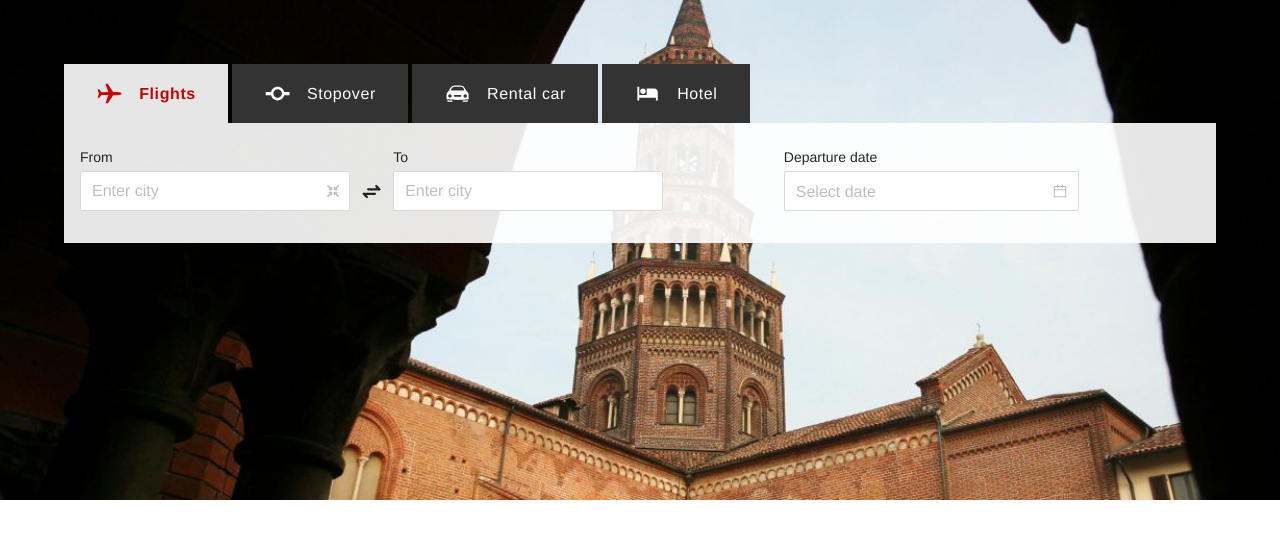
Repository: guidogr95/Everymundo-Excercise
Page: /
The author's editor kept a copy of each file at every save. The page is drawn from the files as they stood at one save, then again after the next save.
The browser window is 1280 px wide. The pictures show the whole page.
The project was rebuilt for these pictures with package versions that can differ from the ones it lists, and the page was loaded fresh each time. Also part of the build but not shown: src/components/CustomSpin/customspin.scss.

Above is the page before, as saved 2021-07-01 19:51:32.

After the next save:
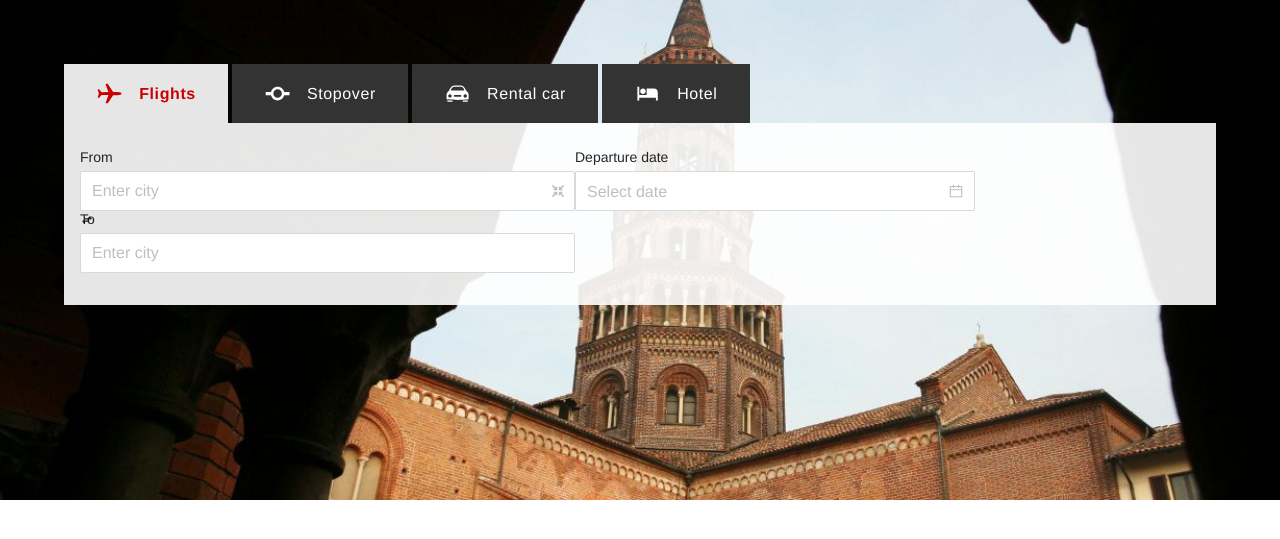
Saved 2 s later.
--- a/src/components/BookingMask/FlightsTab/flightstab.scss
+++ b/src/components/BookingMask/FlightsTab/flightstab.scss
@@ -2,13 +2,4 @@
 .bookingmask__flight {
   display: grid;
   grid-template-columns: repeat(3, auto);
-  &--geo {
-    display: flex;
-    .separator {
-      display: flex;
-      align-items: center;
-      font-size: $font-size-large;
-      padding: 0 .5rem;
-    }
-  }
 }

After the 3 saves that followed:
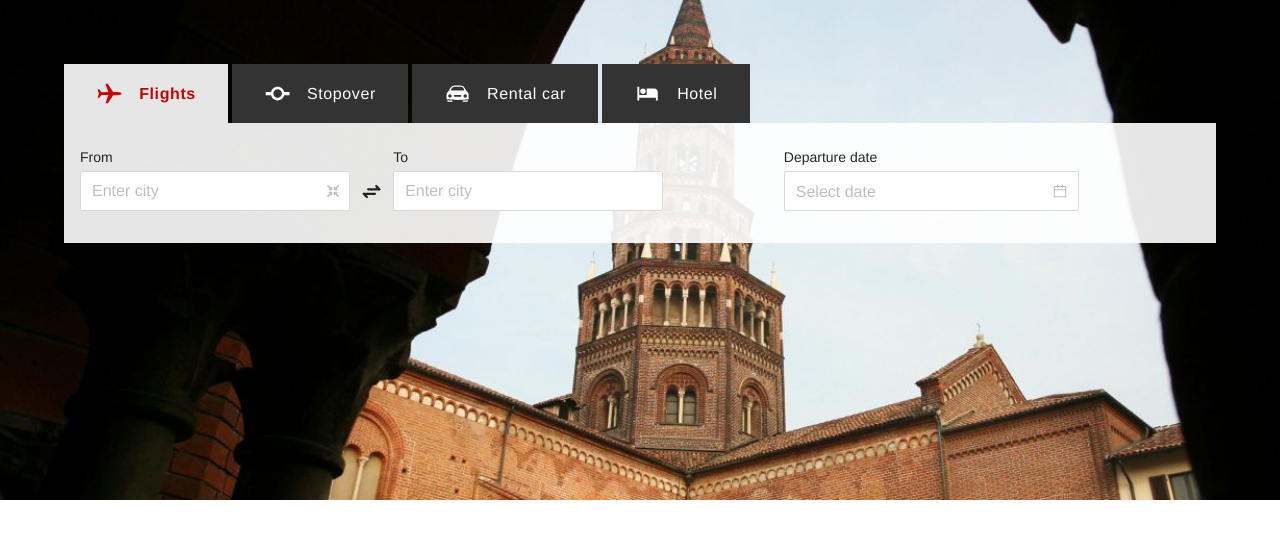
The 3 saves are shown as one change because 1 did not build or start and 1 left the picture as it was.
The last was saved 20 s later.
--- a/src/components/BookingMask/FlightsTab/index.jsx
+++ b/src/components/BookingMask/FlightsTab/index.jsx
@@ -1,17 +1,10 @@
 import DateInput from './DateInput'
-// redux
-import { useDispatch, useSelector } from 'react-redux'
-import { geoUpdateOrigin, geoUpdateDestination } from 'src/redux/reducers/flightReducer'
 // components
 import AirportInputs from './AirportInputs'
 
 import './flightstab.scss'
 
 const FlightsTab = () => {
-
-  const state = useSelector(state => state)
-  const dispatch = useDispatch()
-  const { geo } = state
 
   return (
     <div className="bookingmask__flight" >
--- a/src/components/BookingMask/FlightsTab/AirportInputs/index.jsx
+++ b/src/components/BookingMask/FlightsTab/AirportInputs/index.jsx
@@ -6,6 +6,8 @@ import AirportInput from './AirportInput'
 // redux
 import { useDispatch, useSelector } from 'react-redux'
 import { geoUpdateOrigin, geoUpdateDestination } from 'src/redux/reducers/flightReducer'
+
+import './airportinputs.scss'
 
 export default function AirportInputs () {
   const state = useSelector(state => state.geo)
